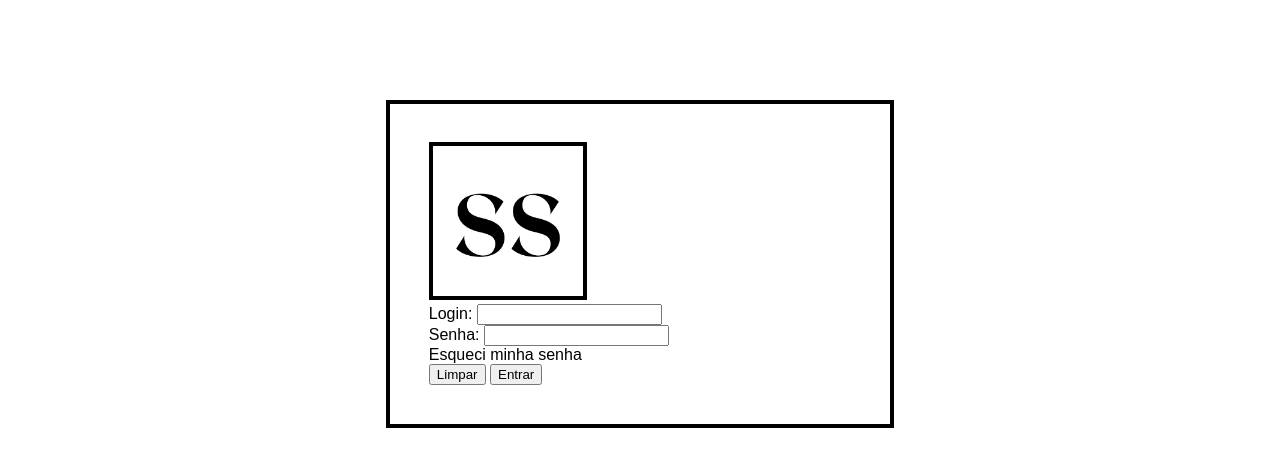
Repository: FaculdadeSenaiJoinville/PiMichelBaade
Page: http://localhost/ProjetoIndividual/
These files come from the project's save history. The page is drawn as it stood at one moment and after the next save; the edit follows.
The browser window is 1280 px wide. The pictures show the whole page.
The page is served by Tomcat 9.

Above is the page before, as saved 2021-08-10 23:45:52.

After the next save:
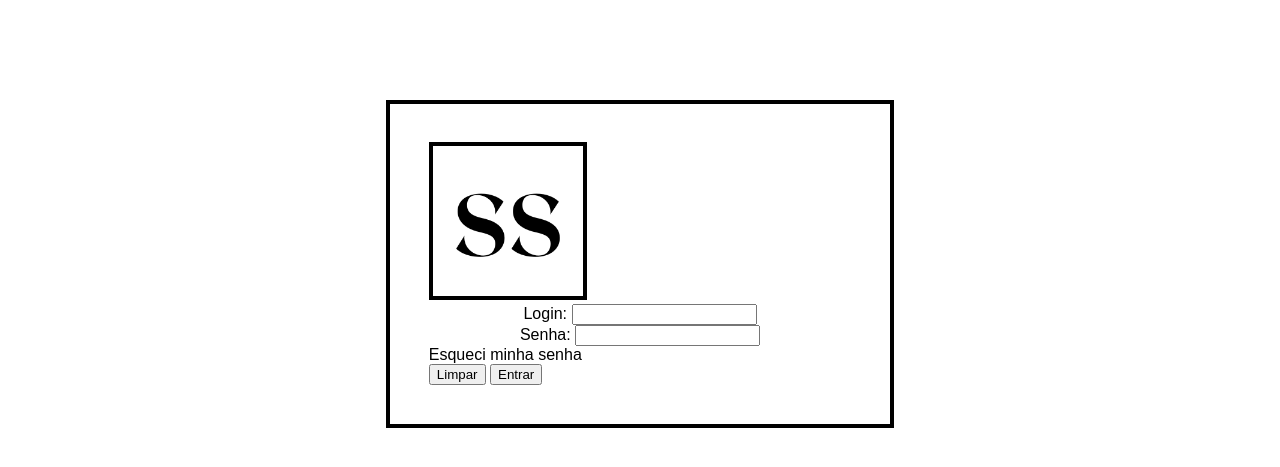
Saved 48 s later.
--- a/ProjetoIndividual/WebContent/css/site.css
+++ b/ProjetoIndividual/WebContent/css/site.css
@@ -18,3 +18,6 @@ form{
 	height: 33%;
 	padding: 3%;
 }
+div {
+  text-align: center;
+}
